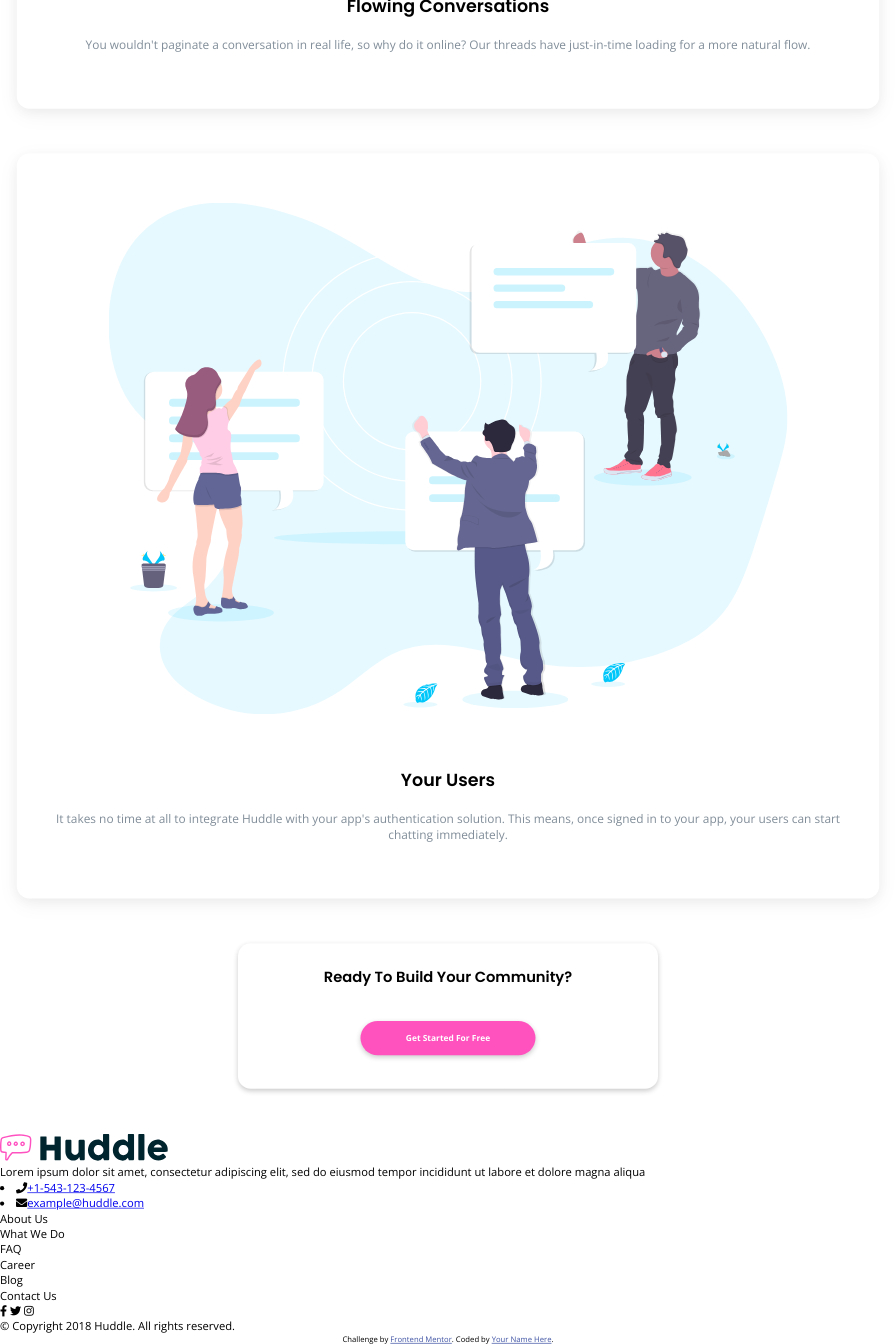
Repository: DejV44/Huddle-landing-page
Page: index.html
An editor plug-in stored every save of this project. The page is shown before and after the next save, followed by the edit.
The browser window is 1280 px wide. The pictures show the part of the page from y = 3589 to 5509 px (the page is 5509 px tall before and 5401 px after), at 70% of full size.
The style sheet was rebuilt from its Sass, Less or Tailwind sources for each picture, by a compiler version that may differ from the author's.

Above is the page before, as saved 2021-08-20 08:27:04.

After the next save:
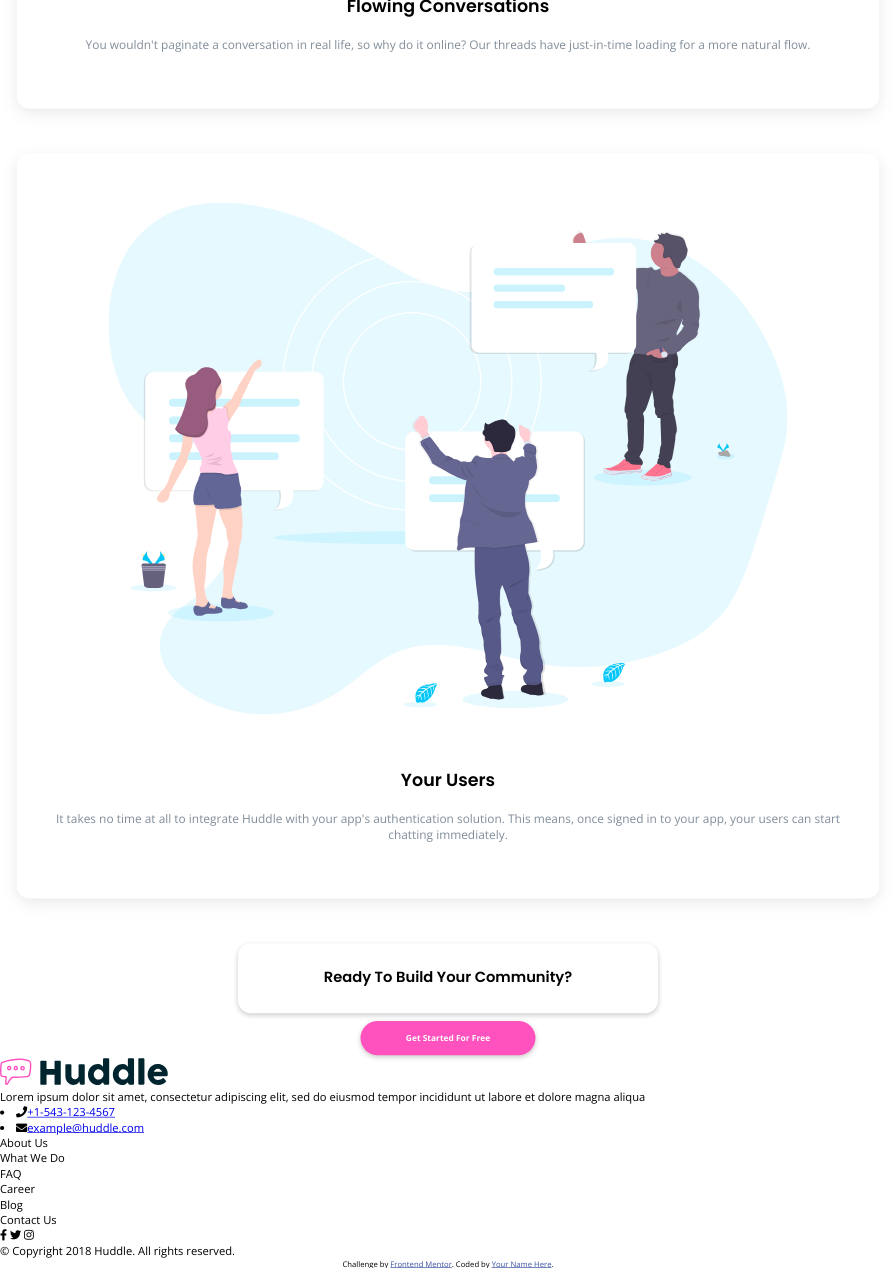
Saved 43 s later.
--- a/css/_cards.scss
+++ b/css/_cards.scss
@@ -12,7 +12,7 @@
         display: block;
         box-sizing: border-box;
         text-align: center;
-        height: 100;
+        height: 100px;
         margin: 0 auto;
         padding: 1rem 1rem;
         box-shadow: rgba(39, 39, 39, 0.24) 0px 3px 8px;

After the save that followed:
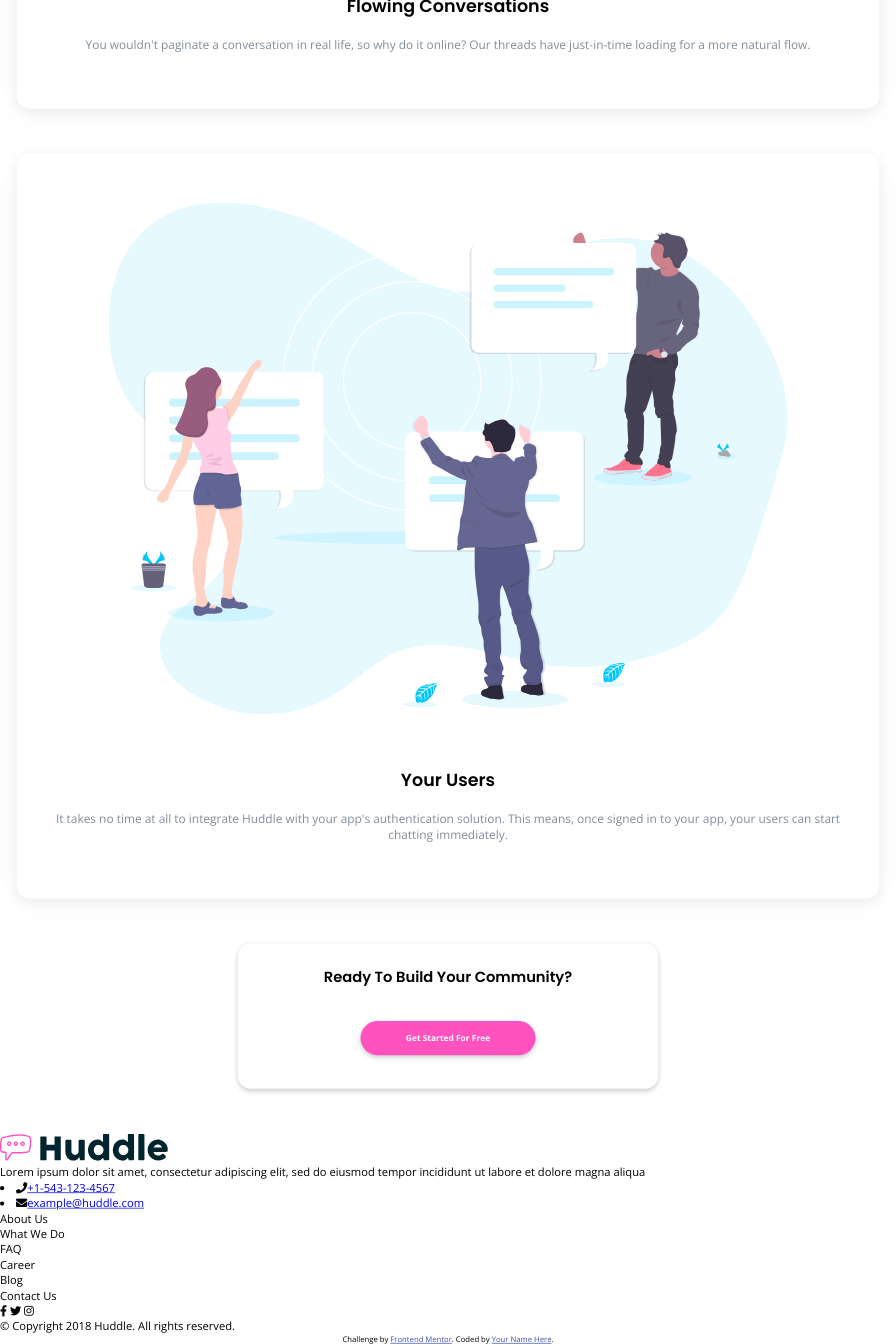
Saved 4 min 10 s later.
--- a/css/_cards.scss
+++ b/css/_cards.scss
@@ -12,7 +12,7 @@
         display: block;
         box-sizing: border-box;
         text-align: center;
-        height: 100px;
+
         margin: 0 auto;
         padding: 1rem 1rem;
         box-shadow: rgba(39, 39, 39, 0.24) 0px 3px 8px;
